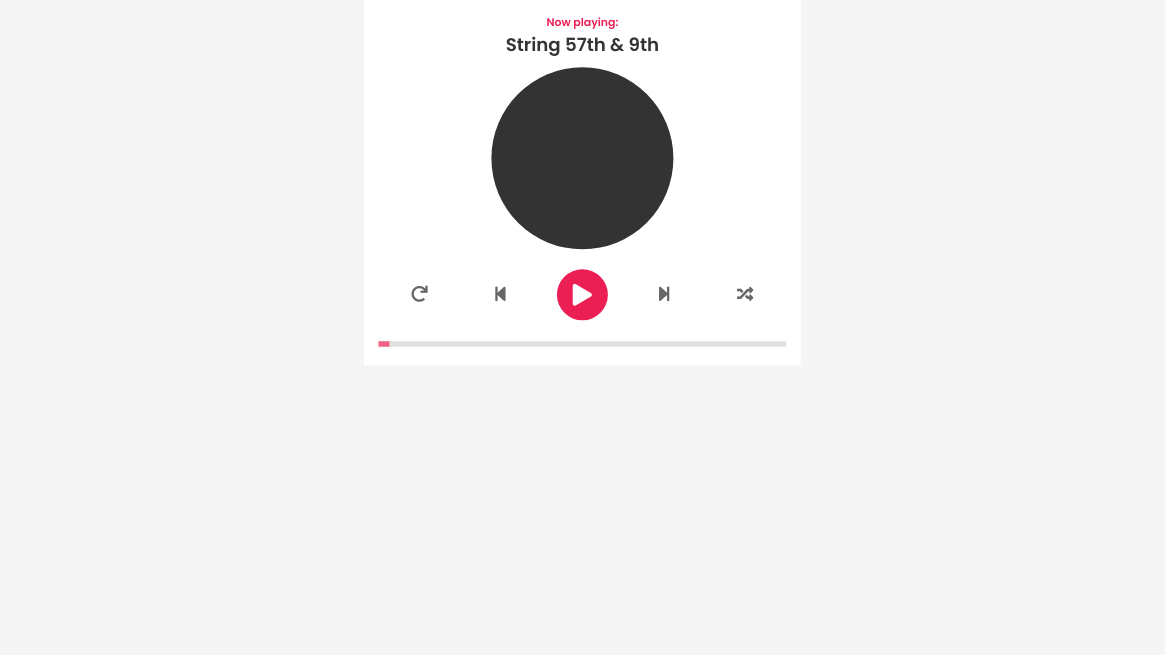
Repository: esplen74/Music
Page: music.html
An editor plug-in stored every save of this project. The page is shown before and after a run of saves, followed by the edit.
The browser window is 1280 px wide. The pictures show the whole page, at 91% of full size.
Pictures or frames that could not be fetched are drawn as grey boxes.

Above is the page before, as saved 2021-11-06 09:57:57.
Console error: SyntaxError: Missing initializer in const declaration

### music.html
<!DOCTYPE html>
<html lang="en">
  <head>
    <meta charset="UTF-8" />
    <meta http-equiv="X-UA-Compatible" content="IE=edge" />
    <meta name="viewport" content="width=device-width, initial-scale=1.0" />
    <title>music</title>
    <link rel="stylesheet" href="music.css" />
  </head>
  <body>
    <meta name="viewport" content="width=device-width, initial-scale=1.0" />
    <title>Music player</title>
    <link
      rel="stylesheet"
      href="https://cdnjs.cloudflare.com/ajax/libs/font-awesome/5.15.2/css/all.min.css"
      integrity="sha512-HK5fgLBL+xu6dm/Ii3z4xhlSUyZgTT9tuc/hSrtw6uzJOvgRr2a9jyxxT1ely+B+xFAmJKVSTbpM/CuL7qxO8w=="
      crossorigin="anonymous"
    />
    <link rel="preconnect" href="https://fonts.gstatic.com" />
    <link
      href="https://fonts.googleapis.com/css2?family=Poppins:wght@300;400;600&display=swap"
      rel="stylesheet"
    />

    <div class="player">
      <!-- Dashboard -->
      <div class="dashboard">
        <!-- Header -->
        <header>
          <h4>Now playing:</h4>
          <h2>String 57th & 9th</h2>
        </header>

        <!-- CD -->
        <div class="cd">
          <div class="cd-thumb"></div>
        </div>

        <!-- Control -->
        <div class="control">
          <div class="btn btn-repeat">
            <i class="fas fa-redo"></i>
          </div>
          <div class="btn btn-prev">
            <i class="fas fa-step-backward"></i>
          </div>
          <div class="btn btn-toggle-play">
            <i class="fas fa-pause icon-pause"></i>
            <i class="fas fa-play icon-play"></i>
          </div>
          <div class="btn btn-next">
            <i class="fas fa-step-forward"></i>
          </div>
          <div class="btn btn-random">
            <i class="fas fa-random"></i>
          </div>
        </div>

        <input
          id="progress"
          class="progress"
          type="range"
          value="0"
          step="1"
          min="0"
          max="100"
        />

        <audio id="audio" src=""></audio>
      </div>

      <!-- Playlist -->
      <div class="playlist"></div>
    </div>


    <!-- Design from: https://static.collectui.com/shots/3671744/musicloud-revolutionary-app-for-music-streaming-large -->

    <script src="music.js"></script>
  </body>
</html>

### music.css
:root {
  --primary-color: #ec1f55;
  --text-color: #333;
}

* {
  padding: 0;
  margin: 0;
  box-sizing: inherit;
}

body {
  background-color: #f5f5f5;
}

html {
  box-sizing: border-box;
  font-family: "Poppins", sans-serif;
}

.player {
  position: relative;
  max-width: 480px;
  margin: 0 auto;
}

.player .icon-pause {
  display: none;
}

.player.playing .icon-pause {
  display: inline-block;
}

.player.playing .icon-play {
  display: none;
}

.dashboard {
  padding: 16px 16px 14px;
  background-color: #fff;
  position: fixed;
  top: 0;
  width: 100%;
  max-width: 480px;
  border-bottom: 1px solid #ebebeb;
}

/* HEADER */
header {
  text-align: center;
  margin-bottom: 10px;
}

header h4 {
  color: var(--primary-color);
  font-size: 12px;
}

header h2 {
  color: var(--text-color);
  font-size: 20px;
}

/* CD */
.cd {
  display: flex;
  margin: auto;
  width: 200px;
}

.cd-thumb {
  width: 100%;
  padding-top: 100%;
  border-radius: 50%;
  background-color: #333;
  background-size: cover;
  margin: auto;
}

/* CONTROL */
.control {
  display: flex;
  align-items: center;
  justify-content: space-around;
  padding: 18px 0 8px 0;
}

.control .btn {
  color: #666;
  padding: 18px;
  font-size: 18px;
}

.control .btn.active {
  color: var(--primary-color);
}

.control .btn-toggle-play {
  width: 56px;
  height: 56px;
  border-radius: 50%;
  font-size: 24px;
  color: #fff;
  display: flex;
  align-items: center;
  justify-content: center;
  background-color: var(--primary-color);
}

.progress {
  width: 100%;
  -webkit-appearance: none;
  height: 6px;
  background: #d3d3d3;
  outline: none;
  opacity: 0.7;
  -webkit-transition: 0.2s;
  transition: opacity 0.2s;
}

.progress::-webkit-slider-thumb {
  -webkit-appearance: none;
  appearance: none;
  width: 12px;
  height: 6px;
  background-color: var(--primary-color);
  cursor: pointer;
}

/* PLAYLIST */
.playlist {
  margin-top: 408px;
  padding: 12px;
}

.song {
  display: flex;
  align-items: center;
  margin-bottom: 12px;
  background-color: #fff;
  padding: 8px 16px;
  border-radius: 5px;
  box-shadow: 0 2px 3px rgba(0, 0, 0, 0.1);
}

.song.active {
  background-color: var(--primary-color);
}

.song:active {
  opacity: 0.8;
}

.song.active .option,
.song.active .author,
.song.active .title {
  color: #fff;
}

.song .thumb {
  width: 44px;
  height: 44px;
  border-radius: 50%;
  background-size: cover;
  margin: 0 8px;
}

.song .body {
  flex: 1;
  padding: 0 16px;
}

.song .title {
  font-size: 18px;
  color: var(--text-color);
}

.song .author {
  font-size: 12px;
  color: #999;
}

.song .option {
  padding: 16px 8px;
  color: #999;
  font-size: 18px;
}

### music.js
// 1. Render songs
// 2. Scroll top
// 3. play/ pause
// 4. Cd rotate
// 5.Next / Prev
// 6. Random
// 7. Next / repeat when enabe
// 8. Active song
// 9. Scroll active song into view
// 10. Play song when click

const $ = document.querySelector.bind(document);
const $$ = document.querySelectorAll.bind(document);
const cd = $(".cd");
const heading = $("header h2");
const cdThumb = $(".cd-thumb");
const audio = $("#audio");
const btnPlay = $(".btn-toggle-play");
const playlist = $(".playlist");
const player = $(".player");
const progress = $(".progress");
const btnNext = $(".btn-next");
const btnPrev = $(".btn-prev");
const btnRandom = $(".btn-random");
const btnRepeat = $(".btn-repeat");

const app = {
  currentIndex: 6,
  songs: [
    {
      name: "Cưới Đi",
      singer: "2T, ChangC",
      path: "./music/song1.mp3",
      image:
        "https://avatar-ex-swe.nixcdn.com/song/2020/08/27/8/e/c/f/1598516178659_500.jpg",
    },
    {
      name: "Sài Gòn Đau Lòng Quá",
      singer: " Hứa Kim Tuyền",
      path: "./music/song2.mp3",
      image:
        "https://avatar-ex-swe.nixcdn.com/song/2021/03/27/d/2/9/1/1616859493571_500.jpg",
    },
    {
      name: "Một Mình Có Buồn Không",
      singer: "Thiều Bảo Trâm, Lou Hoàng",
      path: "./music/song3.mp3",
      image:
        "https://avatar-ex-swe.nixcdn.com/song/2020/10/19/f/5/8/c/1603078556165_500.jpg",
    },
    {
      name: "Lỡ Say Bye Là Bye",
      singer: "Lemese, Changg",
      path: "./music/song4.mp3",
      image:
        "https://avatar-ex-swe.nixcdn.com/song/2021/01/21/5/c/9/9/1611199600529_500.jpg",
    },
    {
      name: "Hương",
      singer: "Văn Mai Hương, Negav",
      path: "./music/song5.mp3",
      image:
        "https://avatar-ex-swe.nixcdn.com/song/2021/01/22/9/f/2/1/1611280898757_500.jpg",
    },
    {
      name: "Damn",
      singer: "Raftaar x kr$na",
      path: "./music/song6.mp3",
      image:
        "https://scontent.fdad4-1.fna.fbcdn.net/v/t1.6435-9/219394223_1466851590333701_3606370075101924204_n.jpg?_nc_cat=104&ccb=1-5&_nc_sid=09cbfe&_nc_ohc=CoR4g8AuzJUAX_UiqJh&_nc_ht=scontent.fdad4-1.fna&oh=9598a236af99117130ccc35f10837aea&oe=61A56E8B",
    },
    {
      name: "Cưới Thôi",
      singer: " Masew, Masiu, B Ray, V.A",
      path: "./music/song7.mp3",
      image:
        "https://avatar-ex-swe.nixcdn.com/song/2021/09/09/f/c/f/d/1631181753902_500.jpg",
    },
    {
      name: "Dịu Dàng Là Ngày Em Đến",
      singer: " ERIK, NinjaZ",
      path: "./music/song8.mp3",
      image:
        "https://avatar-ex-swe.nixcdn.com/song/2021/08/30/2/1/a/e/1630307726211_500.jpg",
    },
  ],
  render: function () {
    const htmls = this.songs.map((song, index) => {
      return `
      <div class="song ${
        index === this.currentIndex ? "active" : ""
      }" data-song=${index}>
                  <div class="thumb"
                      style="background-image: url('${song.image}')">
                  </div>
                  <div class="body">
                      <h3 class="title">${song.name}</h3>
                      <p class="author">${song.singer}</p>
                  </div>
                  <div class="option">
                      <i class="fas fa-ellipsis-h"></i>
                  </div>
              </div>
      `;
    });
    playlist.innerHTML = htmls.join("");
  },
  handleEvents: function() {
    const Cd
    //xử lí phóng to thu nhỏ CD
    window.onscroll = function() {
      const scrollTop = window.scrollY || document.documentElement.scrollTop;
            const newCdWidth = cdWidth - scrollTop;

            cd.style.width = newCdWidth > 0 ? newCdWidth + "px" : 0;
    }
  },
  start: function () {
    this.render();


  // xử Lý events
  this.handleEvents();
  },
};
app.start();

After the next 2 saves:
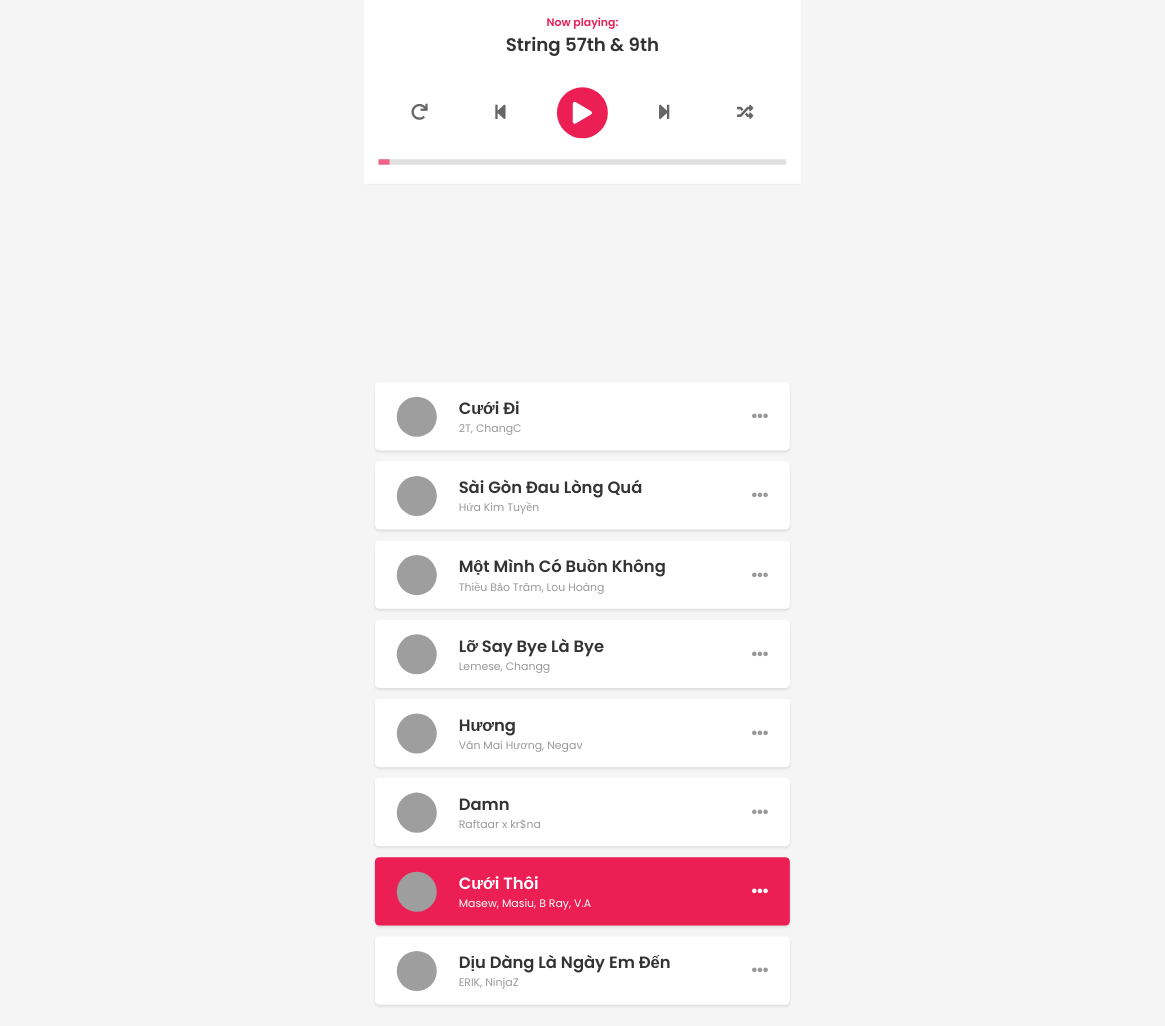
The error is gone.
The 2 saves are shown as one change because they came seconds apart.
The last was saved 9 s later.
--- a/music.js
+++ b/music.js
@@ -106,7 +106,7 @@
     playlist.innerHTML = htmls.join("");
   },
   handleEvents: function() {
-    const Cd
+    const cdWidth =
     //xử lí phóng to thu nhỏ CD
     window.onscroll = function() {
       const scrollTop = window.scrollY || document.documentElement.scrollTop;
